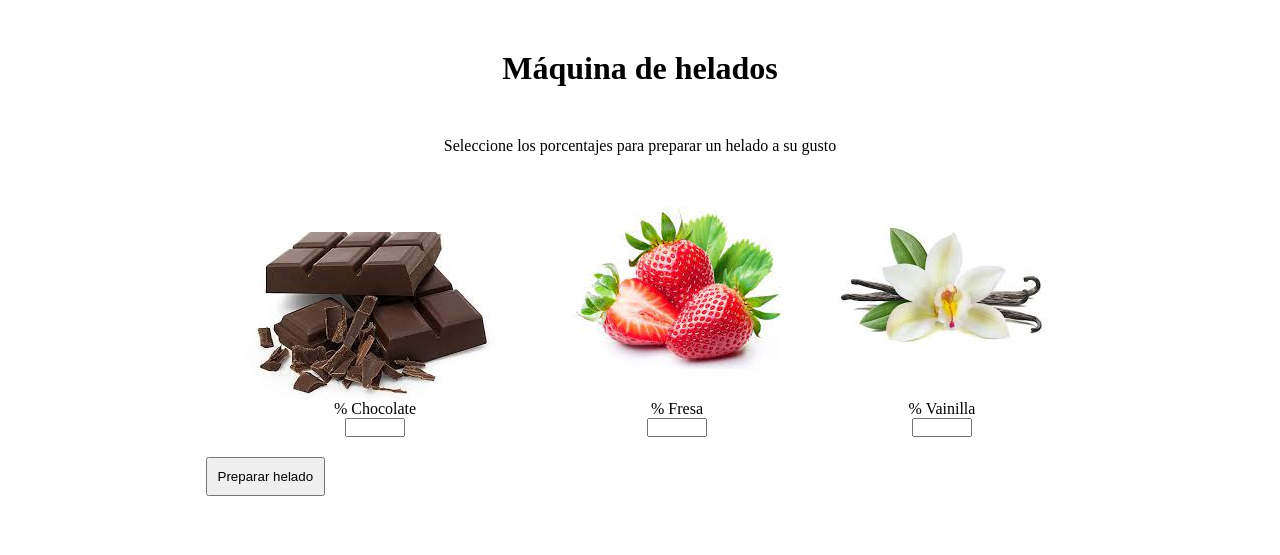
Repository: Ibizus/ejercicios_JSP
Page: http://localhost/ejercicios_Hector/ejercicio10/index.jsp
The author's editor kept a copy of each file at every save. The page is drawn from the files as they stood at one save, then again after the next save.
The browser window is 1280 px wide. The pictures show the whole page.
The page is served by Tomcat 9.

Above is the page before, as saved 2023-11-16 19:07:11.

### ejercicios_Hector/src/main/webapp/ejercicio10/index.jsp
<%@ page language="java" contentType="text/html; charset=UTF-8"
    pageEncoding="UTF-8"%>
<!DOCTYPE html>
<html>
<head>
	<meta charset="UTF-8">
	<link rel="stylesheet" href="css/style.css"/>
	<title>Ejercicio 10</title>
</head>
<body>
	<h1>Máquina de helados</h1>
	<p>Seleccione los porcentajes para preparar un helado a su gusto</p>

	<section id="formulario">
		<form method="post" action="helado.jsp">

			<section id="sabores">
				<article>
					<img alt="Chocolate" src="images/chocolate.jpeg">
					% Chocolate <input type="number" min="0" max="100" step="1" name="choc">
				</article>
				<article>
					<img alt="Fresa" src="images/fresa.jpeg">
					% Fresa <input type="number" min="0" max="100" step="1" name="fresa">
				</article>
				<article>
					<img alt="Vainilla" src="images/vainilla.jpeg">
					% Vainilla <input type="number" min="0" max="100" step="1" name="vainilla">
				</article>
			</section>

			<input id="enviar" type="submit" value="Preparar helado">
		</form>
	</section>

</body>
</html>

### ejercicios_Hector/src/main/webapp/ejercicio10/css/style.css
@charset "UTF-8";

*{
	margin: 0;
	padding: 0;
	box-sizing: border-box;
	text-decoration: none;
}

body{
	min-width: 900px;
    display: flex;
    flex-direction: column;
    align-items: center;
}

h1{
	margin: 50px;
}

#formulario{
	display: flex;
	flex-direction: column;
    align-items: center;
}


#sabores{
	display: flex;
	justify-content: space-between;
	align-items: flex-end;
}

article{
	display: flex;
	flex-direction: column;
	align-items: center;

	margin: 20px;
}

#enviar{
	margin-left:;
	padding: 10px;
}

After the next save:
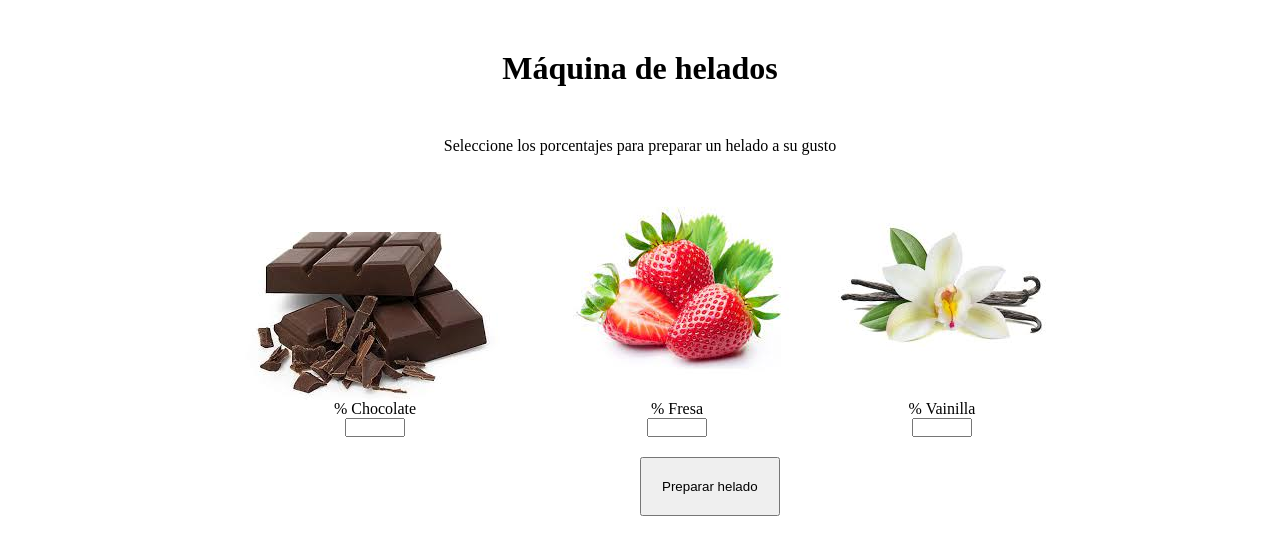
Saved 19 min 31 s later.
--- a/ejercicios_Hector/src/main/webapp/ejercicio10/css/style.css
+++ b/ejercicios_Hector/src/main/webapp/ejercicio10/css/style.css
@@ -35,11 +35,10 @@ article{
 	display: flex;
 	flex-direction: column;
 	align-items: center;
-
 	margin: 20px;
 }
 
 #enviar{
-	margin-left:;
-	padding: 10px;
+	margin-left:50%;
+	padding: 20px;
 }
